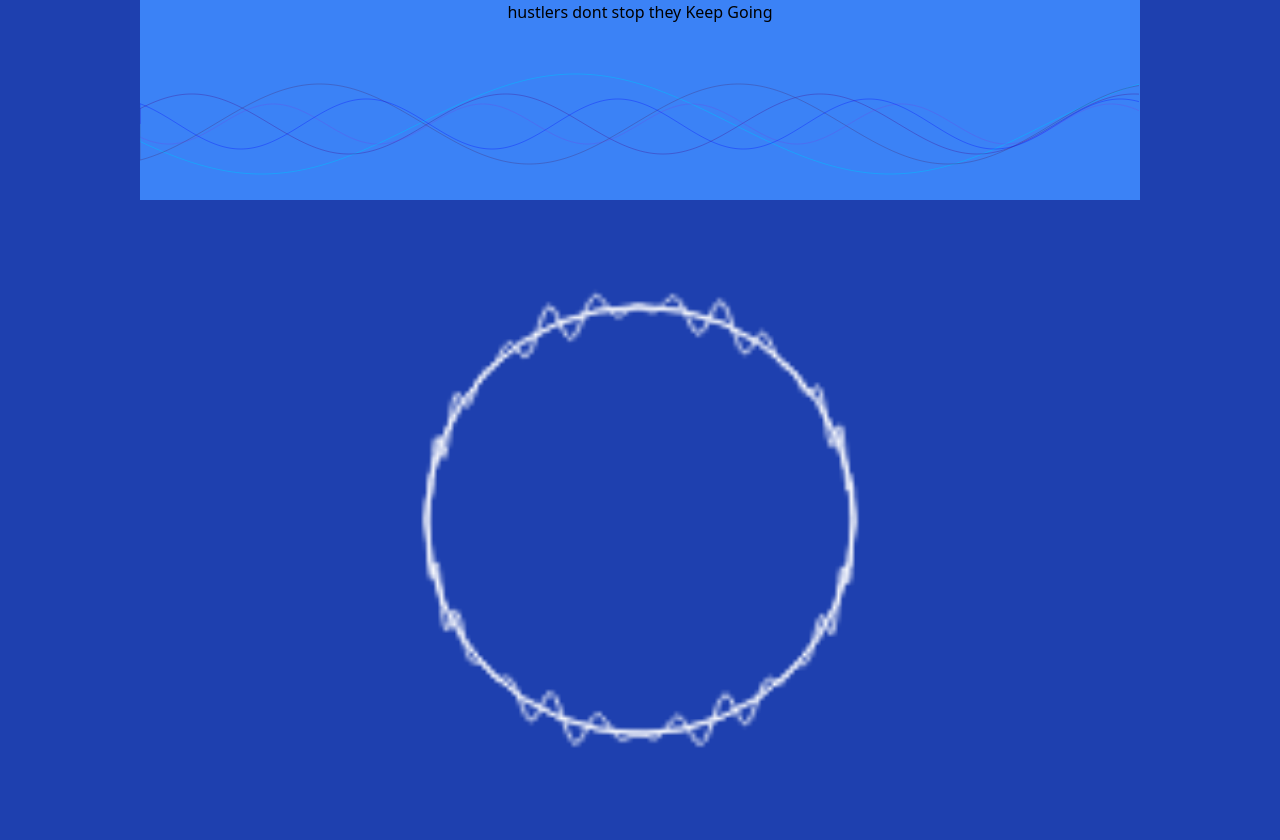
Repository: TMuse333/quantum-experiments
Page: /
The author's editor kept a copy of each file at every save. The page is drawn from the files as they stood at one save, then again after the next save.
The browser window is 1280 px wide. The pictures show the whole page.
The project was rebuilt for these pictures with package versions that can differ from the ones it lists, and the page was loaded fresh each time. Also part of the build but not shown: vite.config.ts.

Above is the page before, as saved 2024-06-08 18:45:59.

After the next save:
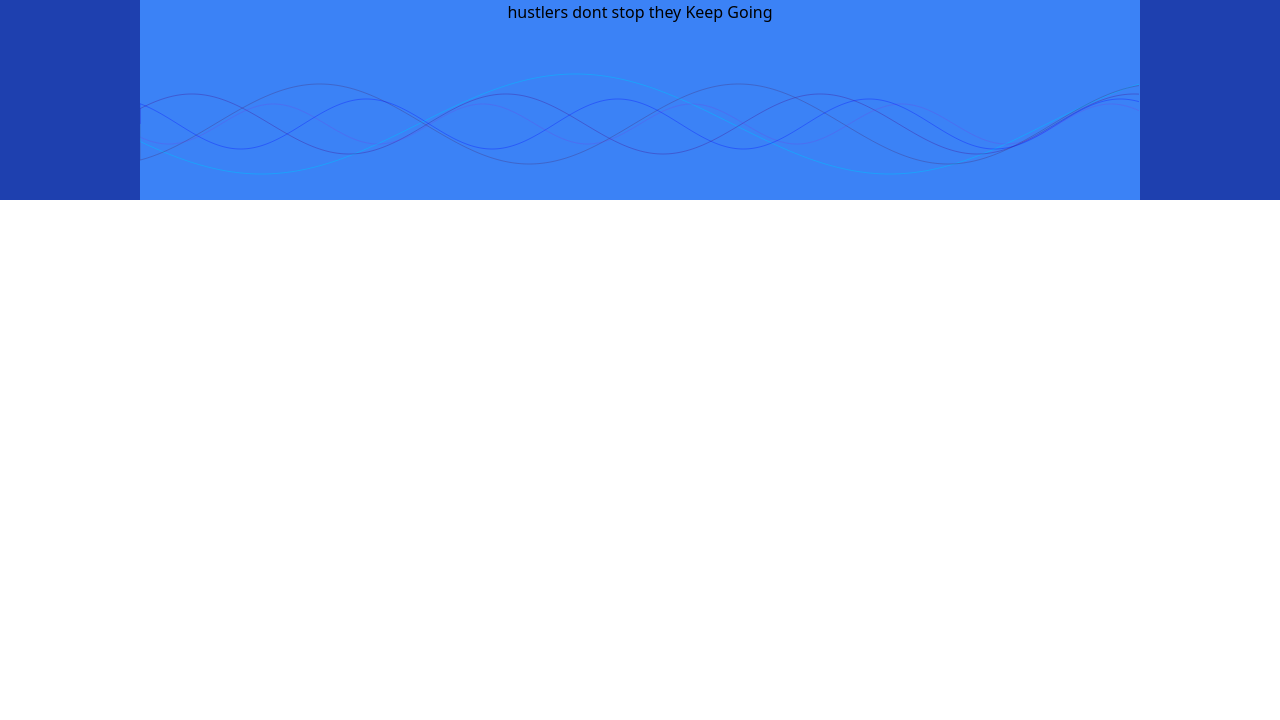
Saved 6 s later.
--- a/src/App.tsx
+++ b/src/App.tsx
@@ -17,7 +17,7 @@ function App() {
 
      <SineWave/>
      {/* <ThreeJSWave/> */}
-     <CircularWave/>
+     {/* <CircularWave/> */}
      </div>
     </>
   )
